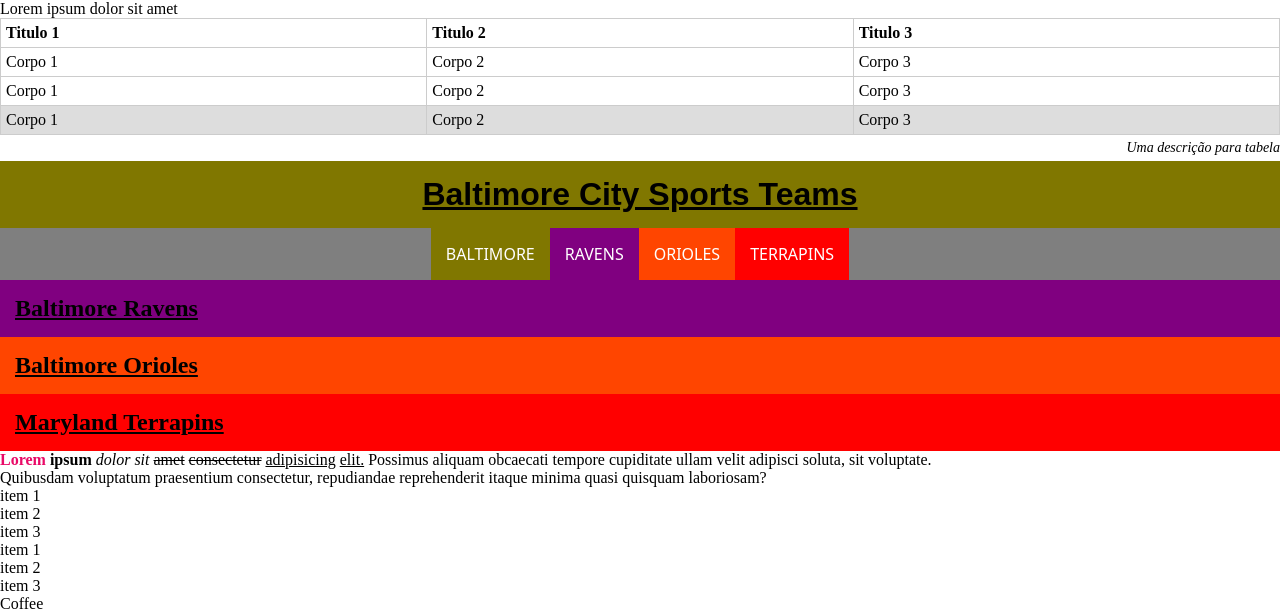
Repository: danilodscosta/CursoHTML
Page: index.html
These files come from the project's save history. The page is drawn as it stood at one moment and after the next save; the edit follows.
The browser window is 1280 px wide. The pictures show the part of the page from y = 0 to 613 px (the page is 1203 px tall).
A picture or video elsewhere on the page could not be fetched, so the positions and the page height are approximate.

Above is the page before, as saved 2023-11-02 12:42:28.

### index.html
<!DOCTYPE html>
<html lang="pt-BR">

<head>
    <meta charset="utf-8">
    <title>Baltimore</title>

    <style>
        * {
            margin: 0;
            padding: 0;
            box-sizing: border-box;
        }

        h1 {
            background: rgb(128, 119, 0);
            margin-left: center;
            margin-right: center;
            display: flex;
            align-items: center;
            justify-content: center;
        }

        p {
            color: rgb(0, 0, 0);
        }

        #titulo-1 {
            font-family: sans-serif;
            padding-top: 15px;
            padding-left: 15px;
            padding-bottom: 15px;
            padding-right: 15px;
        }

        #ravens {
            background: purple;
            color: black;
            padding: 15px;
        }

        #orioles {
            background: orangered;
            color: black;
            padding: 15px;
        }

        #terps {
            background: red;
            color: black;
            padding: 15px;
        }

        a.text:link {
            color: #000000;
        }

        a.text:visited {
            color: #000000;
        }

        a.text:hover {
            color: #1f0074;
        }

        .bold {
            color: rgb(233, 10, 103);
        }

        .lamar-photo {
            width: 200px;
        }

        .section-one,
        .section-two {
            box-sizing: border-box;
        }

        .section-one {
            width: 200px;
            height: 150px;
            background-color: deeppink;
            background-position: center center;
            background-size: cover;
            background-image: url(https://www.patriotwood.com/cdn/shop/products/Ravens1.JPG?v=1538356410);
            border: 5px solid black;
            padding: 15px;
            color: #fff;
            margin: 20px;
        }

        .section-two {
            background: deepskyblue;
            width: 200px;
            height: 150px;
            border-width: 10px;
            border-style: solid;
            border-bottom-color: blue;
            border-top-color: red;
            border-left-color: yellow;
            border-right-color: green;
            padding: 15px;
            color: #fff;
            margin: 20px;
        }

        nav {
            background-color: rgba(0, 0, 0, 0.5);
        }

        nav {
            display: flex;
            align-items: center;
            justify-content: center;
        }

        nav a {
            color: #ffffff;
            text-decoration: none;
            padding: 15px;
            display: block;
            text-transform: uppercase;
            font-family: system-ui, -apple-system, BlinkMacSystemFont, 'Segoe UI', Roboto, Oxygen, Ubuntu, Cantarell, 'Open Sans', 'Helvetica Neue', sans-serif;
        }

        nav ul {
            display: flex;
            list-style-type: none;
            background: rgba(0, 0, 0, 0.2);
        }

        .baltimoreh {
            background-color: rgb(128, 119, 0)
        }

        .baltimoreh:hover {
            background: rgb(94, 87, 0);
        }

        .ravensh {
            background-color: purple
        }

        .ravensh:hover {
            background: rgb(77, 0, 77)
        }

        .oriolesh {
            background-color:orangered
        }

        .oriolesh:hover {
            background: rgb(187, 50, 0)
        }

        .terpsh {
            background-color: red
        }

        .terpsh:hover {
            background: rgb(165, 1, 1)
        }

        table td, table th {
            border: 1px solid #ccc;
            padding: 5px;
            text-align: left;
        }

        table {
            border-collapse: collapse;
            width: 100%;
        }

        table caption {
            caption-side: bottom;
            font-size: 14px;
            font-style: italic;
            text-align: right;
            margin: 5px 0;
        }

        tfoot td {
            background-color: #ddd;
        }


        /* # antes de id
           . antes de class  */
    </style>
</head>

<body>
    <p>Lorem ipsum dolor sit amet</p>

    <table>
        <caption>Uma descrição para tabela</caption>
        <thead>
            <tr>
                <th>Titulo 1</th>
                <th>Titulo 2</th>
                <th>Titulo 3</th>
            </tr>
        </thead>

        <tbody>
            <tr>
                <td>Corpo 1</td>
                <td>Corpo 2</td>
                <td>Corpo 3</td>
            </tr>
            <tr>
                <td>Corpo 1</td>
                <td>Corpo 2</td>
                <td>Corpo 3</td>
            </tr>
        </tbody>

        <tfoot>
            <tr>
                <td>Corpo 1</td>
                <td>Corpo 2</td>
                <td>Corpo 3</td>
            </tr>
        </tfoot>
    </table>

    <h1 id="titulo-1">
        <!--id e class são identificadores, sendo id > class, o vscode priorizará o id-->
        <a href="https://www.baltimorecity.gov/" class="text" target="_blank">Baltimore City Sports Teams</a>
    </h1>
    <nav>
        <ul>
            <li><a class="baltimoreh" href="https://www.baltimorecity.gov/" target="_blank">baltimore</a></li>
            <li><a class="ravensh" href="https://www.baltimoreravens.com/" target="_blank">ravens</a></li>
            <li><a class="oriolesh" href="https://www.mlb.com/orioles" target="_blank">orioles</a></li>
            <li><a class="terpsh" href="https://umterps.com/" target="_blank">Terrapins</a></li>
        </ul>
    </nav>
    <h2 id="ravens">
        <a href="https://www.baltimoreravens.com/" class="text" target="_blank">Baltimore Ravens</a>
    </h2>
    <h2 id="orioles">
        <a href="https://www.mlb.com/orioles" class="text" target="_blank">Baltimore Orioles</a>
    </h2>
    <h2 id="terps">
        <a href="https://umterps.com/" class="text" target="_blank">Maryland Terrapins</a>
    </h2>

    <!-- h1 > h6 importancia na semantica -->
    <p>
        <b class="bold">Lorem</b> <strong>ipsum</strong> <i>dolor</i> <em>sit</em> <del>amet</del>
        <s>consectetur</s> <ins>adipisicing</ins> <u>elit.</u> Possimus aliquam obcaecati tempore cupiditate
        ullam velit adipisci soluta, sit voluptate.<br>
        Quibusdam voluptatum praesentium consectetur, repudiandae reprehenderit
        itaque minima quasi quisquam laboriosam?
    </p>
    <!-- as tags: b, i, s, u são tags "fisicas",
    já as tags: strong, em, del, ins são tags "semânticas"
    <br> = quebra de linha -->

    <ul>
        <li>item 1</li>
        <li>item 2</li>
        <li>item 3</li>
    </ul>

    <ol type="A">
        <li>item 1</li>
        <li>item 2</li>
        <li>item 3</li>
    </ol>

    <dl>
        <dt>Coffee</dt>
        <dd>black hot drink</dd>
    </dl>

    <hr>
    <p><a href="https://github.com/danilodscosta" target="_blank">GitHub</a>

        <a href="https://www.espn.com.br/nfl/jogador/_/id/3916387/lamar-jackson" target="_blank">
            <img class="lamar-photo"
                src="https://s2.glbimg.com/Ic0P2IRxEOcNXZfRlZgY5ee0my0=/0x0:1024x683/924x0/smart/filters:strip_icc()/i.s3.glbimg.com/v1/AUTH_bc8228b6673f488aa253bbcb03c80ec5/internal_photos/bs/2020/l/h/gBwkcLS4GNRl9JhqhbvA/gettyimages-1193646827.jpg"
                alt="Lamar Jackson"></a>
    </p>

    <blockquote>QB1.</blockquote>

    <section class="section-one">baltimore ranves shield</section>
    <section class="section-two">2</section>
    <hr>
    <div>Eu sou um bloco</div>
    <footer>teste</footer>
</body>

</html>

After the next save:
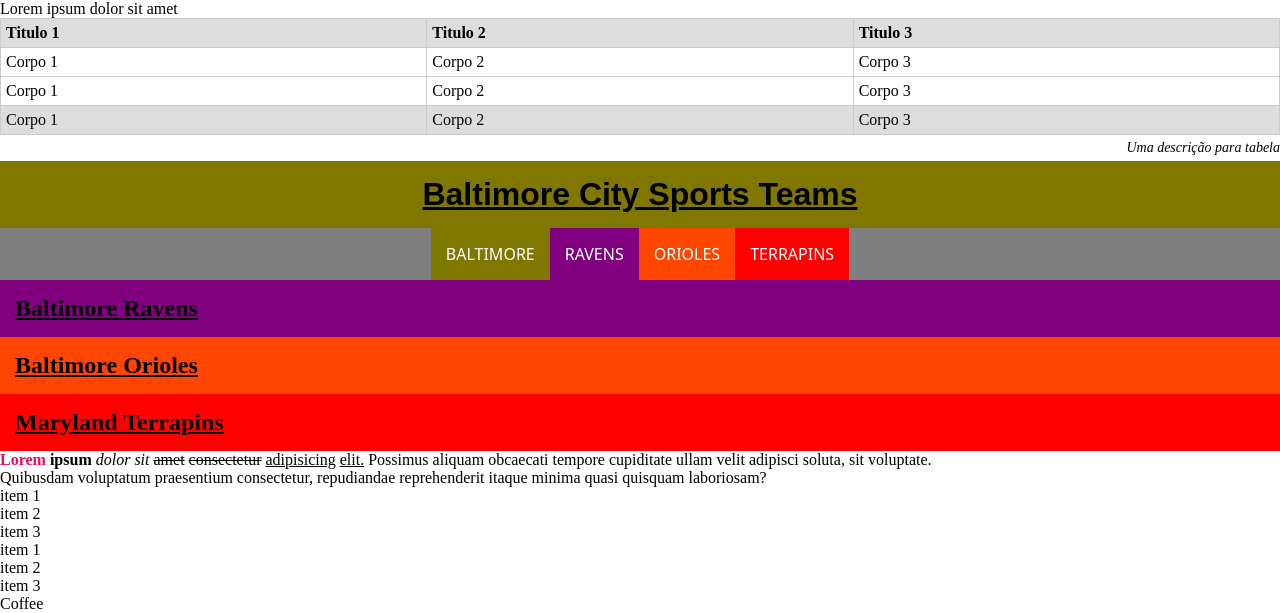
Saved 15 s later.
--- a/index.html
+++ b/index.html
@@ -180,7 +180,7 @@
             margin: 5px 0;
         }
 
-        tfoot td {
+        tfoot td, table th {
             background-color: #ddd;
         }
 
